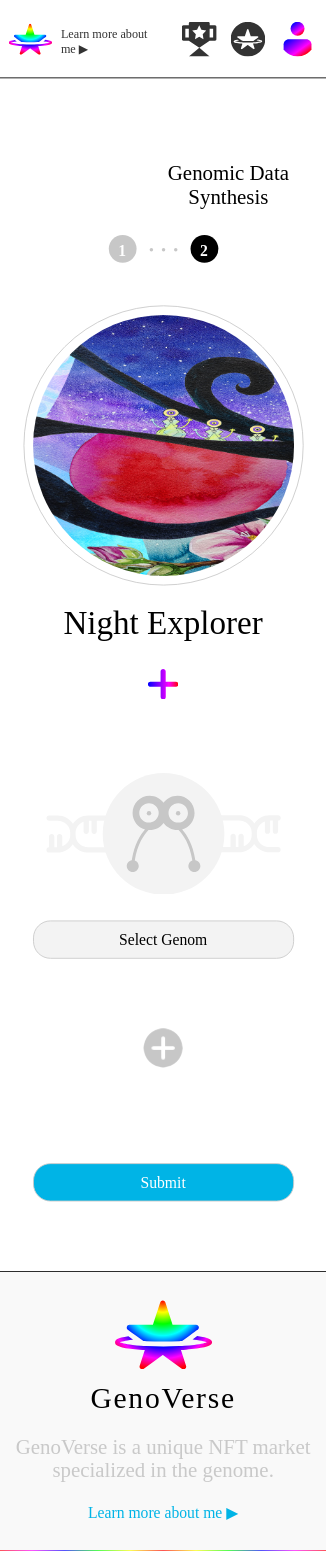
Repository: superHotBob/bioart
Page: /createitem/createitem_02
An editor plug-in stored every save of this project. The page is shown before and after the next save, followed by the edit.
The browser window is 375 px wide. The pictures show the whole page, at 87% of full size.
Some web fonts or font styles are not loaded; a fallback is used. The project was rebuilt for these pictures with package versions that can differ from the ones it lists, and the page was loaded fresh each time. Some packages were replaced by stand-ins written for this rebuild. The framework's server and built-in components were replaced by stand-ins that run in the browser. Also part of the build but not shown: next.config.js.

Above is the page before, as saved 2022-04-06 12:10:23.

After the next save:
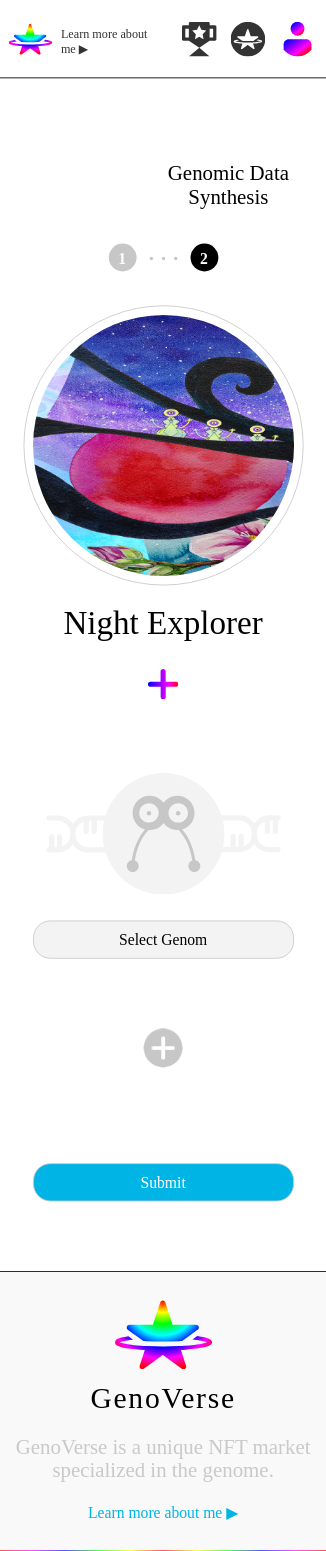
Saved 81 s later.
--- a/pages/createitem/createitem_02.js
+++ b/pages/createitem/createitem_02.js
@@ -147,11 +147,11 @@ export default function GenomeDataSintetic() {
             h1 {
               font-size: 24px;
               text-align: center;
-              margin-bottom: 60px;
+              margin-bottom: 50px;
             }
             h1 span {
               float: none;
-              margin-top: 30px;
+              margin-top: 40px;
               display: block;
             }
           }
